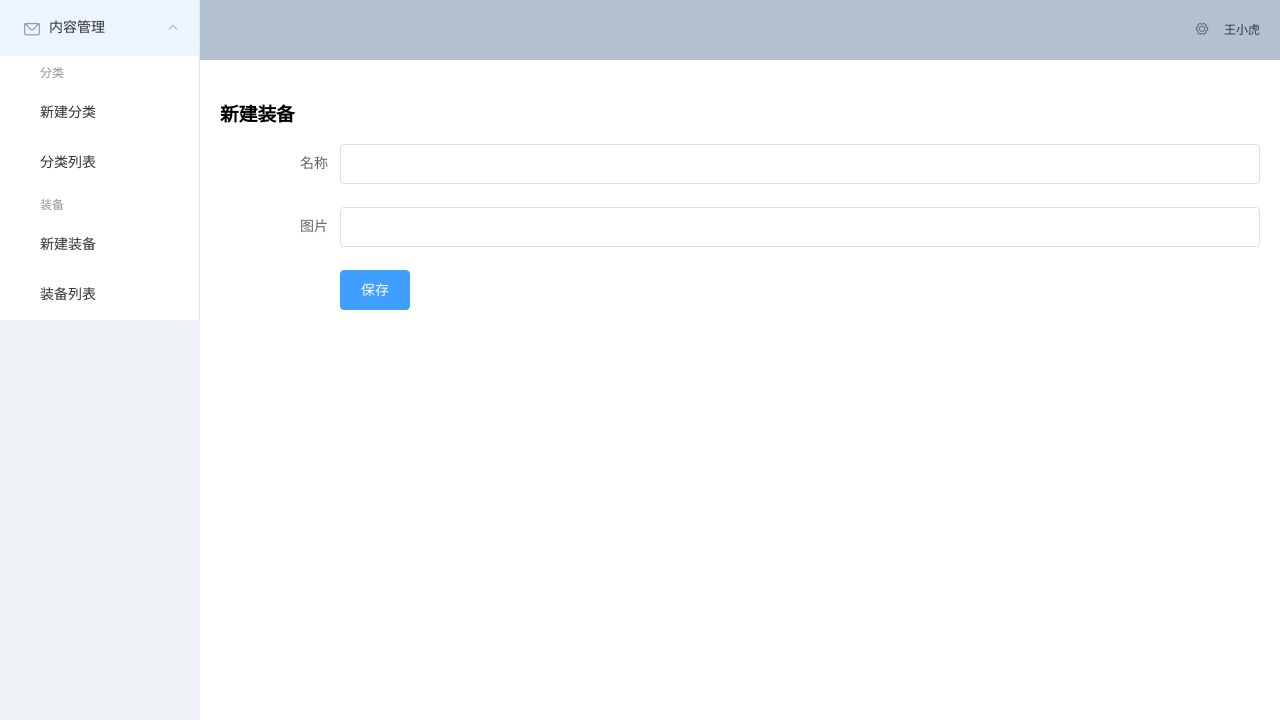
Repository: fish-zmy/wangzherongyao
Page: /#/items/create (app in admin/)
An editor plug-in stored every save of this project. The page is shown before and after the next save, followed by the edit.
The browser window is 1280 px wide. The pictures show the whole page.
The project was rebuilt for these pictures with package versions that can differ from the ones it lists, and the page was loaded fresh each time. Also part of the build but not shown: admin/vue.config.js, admin/src/views/CategoryEdit.vue, admin/src/views/CategoryList.vue, admin/src/views/ItemList.vue. Imported but missing from the stored project, and not drawn on this page: admin/src/views/Home.vue.

Above is the page before, as saved 2020-06-17 20:32:31.

After the next save:
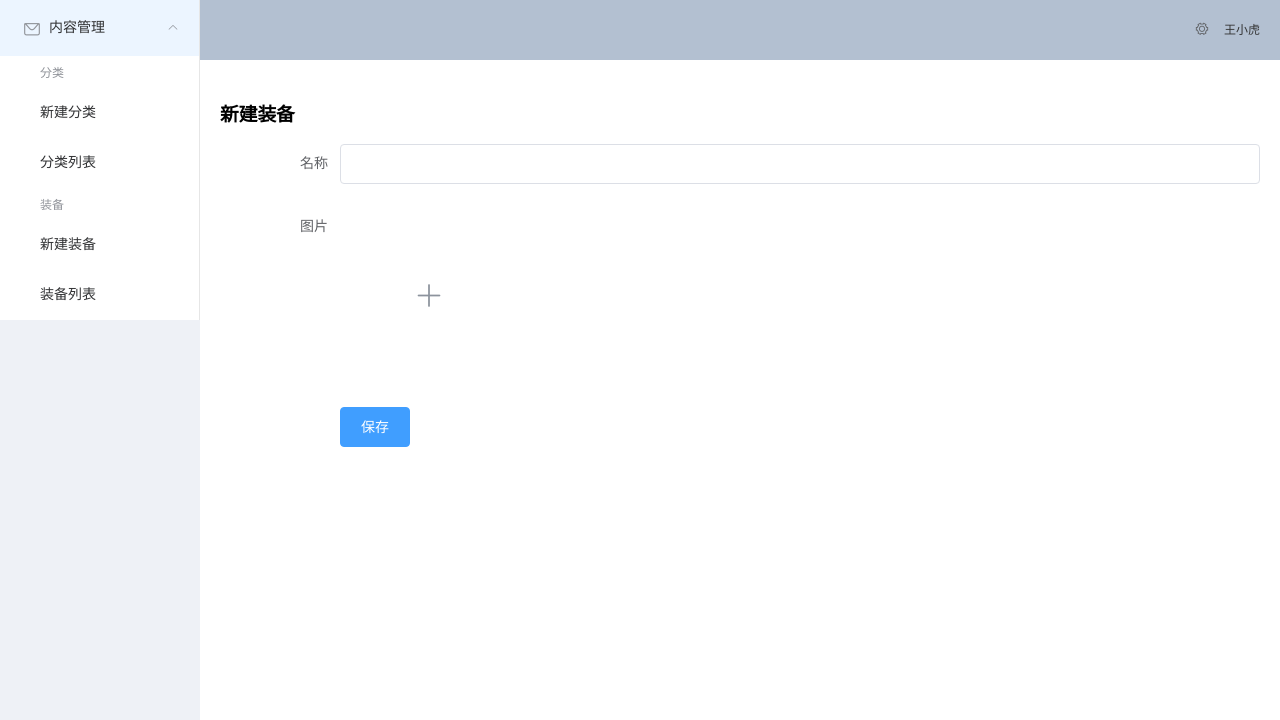
Saved 27 min 43 s later.
--- a/admin/src/views/ItemEdit.vue
+++ b/admin/src/views/ItemEdit.vue
@@ -6,7 +6,16 @@
         <el-input v-model="model.name"></el-input>
       </el-form-item>
       <el-form-item label="图片">
-        <el-input v-model="model.icon"></el-input>
+        <el-upload
+          class="avatar-uploader"
+          action="https://jsonplaceholder.typicode.com/posts/"
+          :show-file-list="false"
+          :on-success="handleAvatarSuccess"
+          :before-upload="beforeAvatarUpload"
+        >
+          <img v-if="imageUrl" :src="imageUrl" class="avatar" />
+          <i v-else class="el-icon-plus avatar-uploader-icon"></i>
+        </el-upload>
       </el-form-item>
       <el-form-item>
         <el-button type="primary" native-type="submit">保存</el-button>
@@ -22,7 +31,7 @@ export default {
   },
   data() {
     return {
-      model:{},
+      model: {}
     };
   },
   methods: {
@@ -55,3 +64,29 @@ export default {
   }
 };
 </script>
+
+<style scoped>
+ .avatar-uploader .el-upload {
+    border: 1px dashed #d9d9d9;
+    border-radius: 6px;
+    cursor: pointer;
+    position: relative;
+    overflow: hidden;
+  }
+  .avatar-uploader .el-upload:hover {
+    border-color: #409EFF;
+  }
+  .avatar-uploader-icon {
+    font-size: 28px;
+    color: #8c939d;
+    width: 178px;
+    height: 178px;
+    line-height: 178px;
+    text-align: center;
+  }
+  .avatar {
+    width: 178px;
+    height: 178px;
+    display: block;
+  }
+</style>
